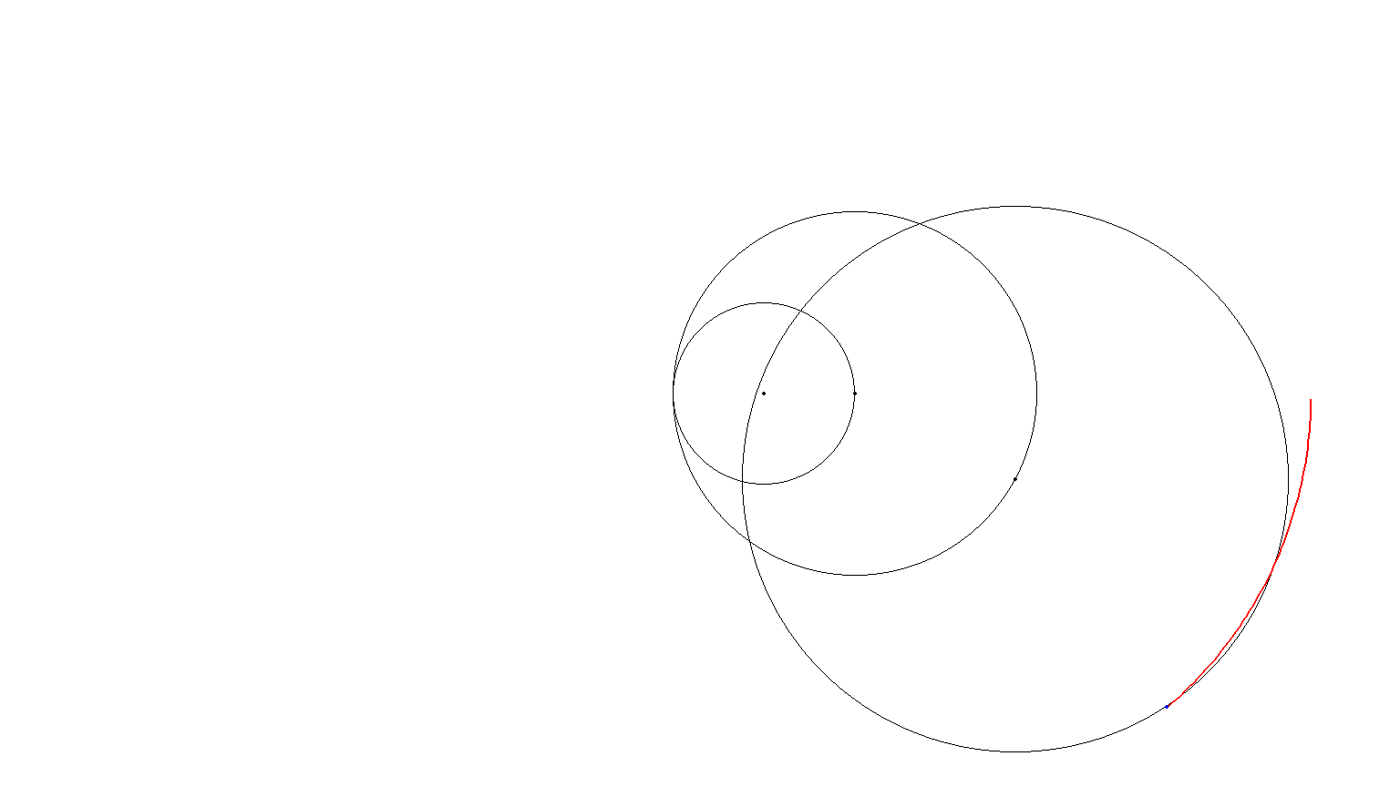
Repository: Liuuuv/animation_cercles
Script's output: python animation cercles.py
The author's editor kept a copy of each file at every save. The script's output is drawn from the files as they stood at one save, then again after the next save.
Figures wider than 1,400 px are first shrunk to that width. The window is shown after at most 60 frames with no key pressed. Random numbers start from a fixed seed.

Above is the script's output before, as saved 2024-11-08 17:25:46.

### animation cercles.py
import pygame as py
import math
import random as rd
import time

py.init()



blanc=(255,255,255)
noir=(0,0,0)

rouge=(255,0,0)
vert=(0,255,0)
bleu=(0,0,255)

phi=0.5*(math.sqrt(5)+1)

class Cercle:
    def __init__(self,rayon,vitesse):
        self.vitesse=vitesse
        self.rayon=rayon
        self.pos=None
        self.angle=0

class Marqueur:
    def __init__(self):
        self.pos=[0,0]



class Affichage:
    def __init__(self,facteur):
        self.dimensions=(int(1920*facteur),int(1080*facteur))
        self.fenetre=py.display.set_mode(self.dimensions)
        self.centre=(self.dimensions[0]//2+70,self.dimensions[1]//2)
        self.nb_cercles=nb_cercles


        self.marqueur=Marqueur()

        self.dt=1/120

        self.liste_cercles=[]
        self.liste_rayons=[100,200,300]
        self.liste_points=[]

        self.nb_cercles=len(self.liste_rayons)

        self.initialiser_cercles()


    def creer_cercle(self,rayon,vitesse):
        cercle=Cercle(rayon,vitesse)
        self.liste_cercles.append(cercle)
        return cercle

    def initialiser_cercles(self):
        pos=[self.centre[0],self.centre[1]]
        for n in range(0,self.nb_cercles):
            cercle=self.creer_cercle(self.liste_rayons[n],n)
            cercle.pos=pos[:]
            pos[0]+=cercle.rayon

    def mettre_a_jour_cercles(self):
        for i in range(0,len(self.liste_cercles)):
            # if i==0:
            #     continue
            if i!=0:
                self.liste_cercles[i].pos[0]=self.liste_cercles[i-1].pos[0]+self.liste_cercles[i-1].rayon*math.cos(self.liste_cercles[i-1].angle)
                self.liste_cercles[i].pos[1]=self.liste_cercles[i-1].pos[1]+self.liste_cercles[i-1].rayon*math.sin(self.liste_cercles[i-1].angle)

            self.liste_cercles[i].angle+=self.liste_cercles[i].vitesse*self.dt

    def mettre_a_jour_marqueur(self):

        self.marqueur.pos[0]=self.liste_cercles[-1].pos[0]+self.liste_cercles[-1].rayon*math.cos(self.liste_cercles[-1].angle)
        self.marqueur.pos[1]=self.liste_cercles[-1].pos[1]+self.liste_cercles[-1].rayon*math.sin(self.liste_cercles[-1].angle)

        self.liste_points.append(self.marqueur.pos[:])



    def dessiner(self):
        for i in range(len(self.liste_points)-1):
            py.draw.line(self.fenetre,rouge,self.liste_points[i],self.liste_points[i+1],2)

        py.draw.circle(self.fenetre,bleu,self.marqueur.pos,2)

    def dessiner_cercles(self):
        for cercle in self.liste_cercles:
            py.draw.circle(self.fenetre,noir,cercle.pos,2)
            py.draw.circle(self.fenetre,noir,cercle.pos,abs(cercle.rayon),1)

    def loop(self):
        horloge=py.time.Clock()

        police=py.font.Font(None, 36)

        # boucle de jeu
        continuer=True
        # time.sleep(0.3)
        while continuer:
            for event in py.event.get():
                if event.type==py.QUIT:
                    continuer=False
                if event.type==py.KEYDOWN:
                    if event.key==py.K_ESCAPE:
                        continuer=False
            horloge.tick(120)
            py.display.set_caption(str(round(horloge.get_fps(),1)))


            self.fenetre.fill(blanc)

            self.dessiner_cercles()
            self.dessiner()

            self.mettre_a_jour_cercles()
            self.mettre_a_jour_marqueur()



            # texte_surface1 = police.render("number of circles: "+str(nb_cercles-1),False,noir)
            # self.fenetre.blit(texte_surface1,(655,200))

            py.display.flip()

        py.quit()


nb_cercles=5




facteur=0.8

affichage=Affichage(facteur)
affichage.loop()

After the next save:
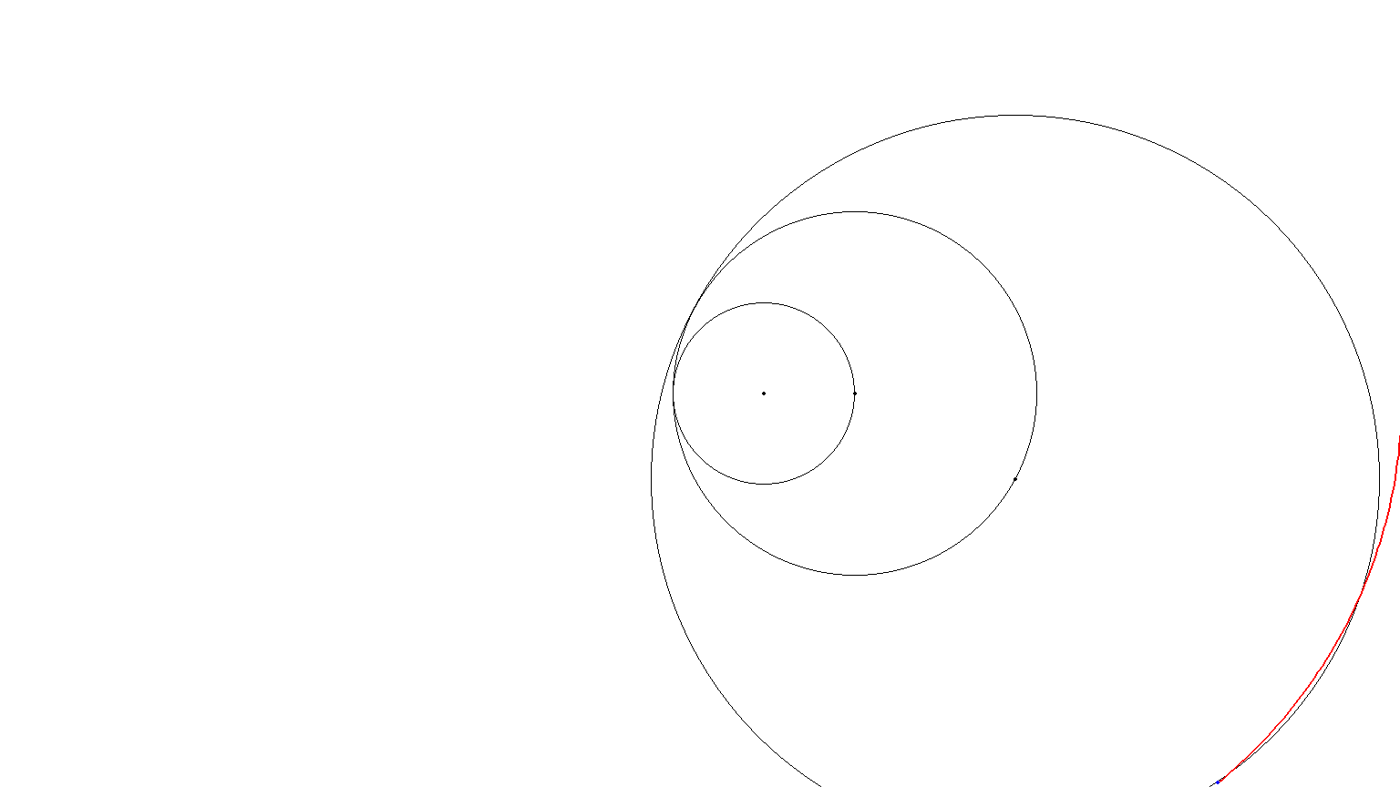
Saved 17 s later.
--- a/animation cercles.py
+++ b/animation cercles.py
@@ -42,7 +42,7 @@ class Affichage:
         self.dt=1/120
 
         self.liste_cercles=[]
-        self.liste_rayons=[100,200,300]
+        self.liste_rayons=[100,200,400]
         self.liste_points=[]
 
         self.nb_cercles=len(self.liste_rayons)
